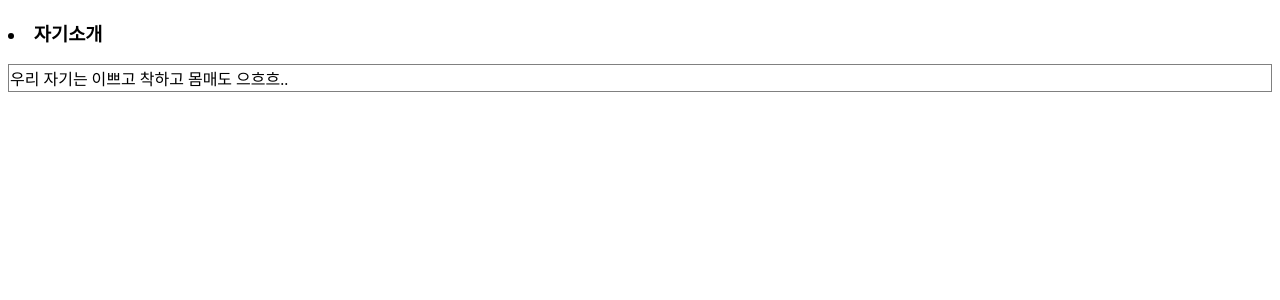
Repository: porivas/140630_Java
Page: http://localhost/web4_resume/coverletter.jsp
The author's editor kept a copy of each file at every save. The page is drawn from the files as they stood at one save, then again after the next save.
The browser window is 1280 px wide. The pictures show the whole page.
The page is served by Tomcat 9.

Above is the page before, as saved 2014-09-25 06:34:52.

After the next save:
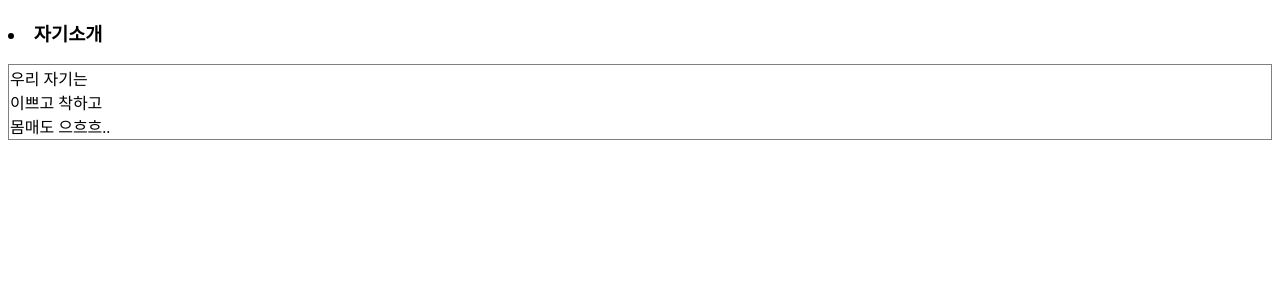
Saved 14 s later.
--- a/web4_resume/WebContent/coverletter.jsp
+++ b/web4_resume/WebContent/coverletter.jsp
@@ -17,7 +17,7 @@
 		</style>
 		<table border="1" width=100%>
 			<tr align = "left">
-				<td> 우리 자기는 이쁘고 착하고 몸매도 으흐흐..  </td>
+				<td> 우리 자기는 <br> 이쁘고 착하고 <br> 몸매도 으흐흐..  </td>
 			</tr>
 		</table>
 		</div>
